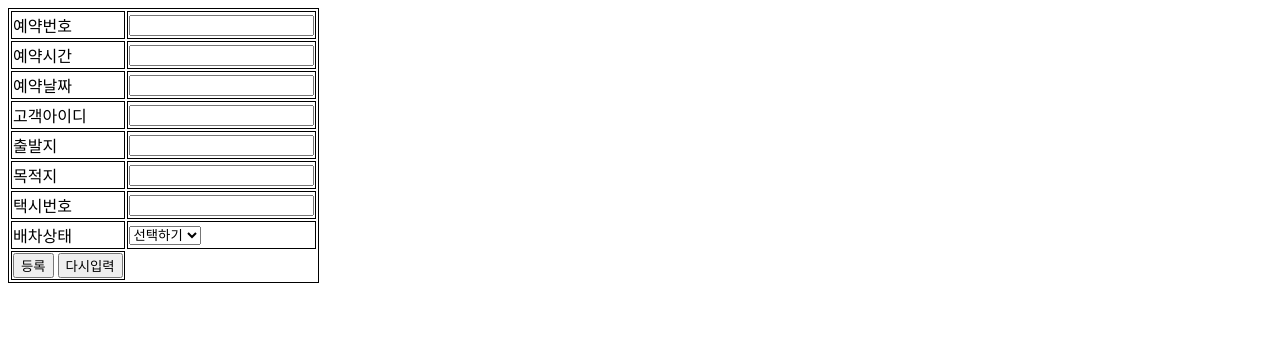
Repository: khs220507/WebClass
Page: prj0828/src/main/webapp/register_taxi.html
An editor plug-in stored every save of this project. The page is shown before and after the next save, followed by the edit.
The browser window is 1280 px wide. The pictures show the whole page.

Above is the page before, as saved 2023-08-28 06:48:30.

After the next save:
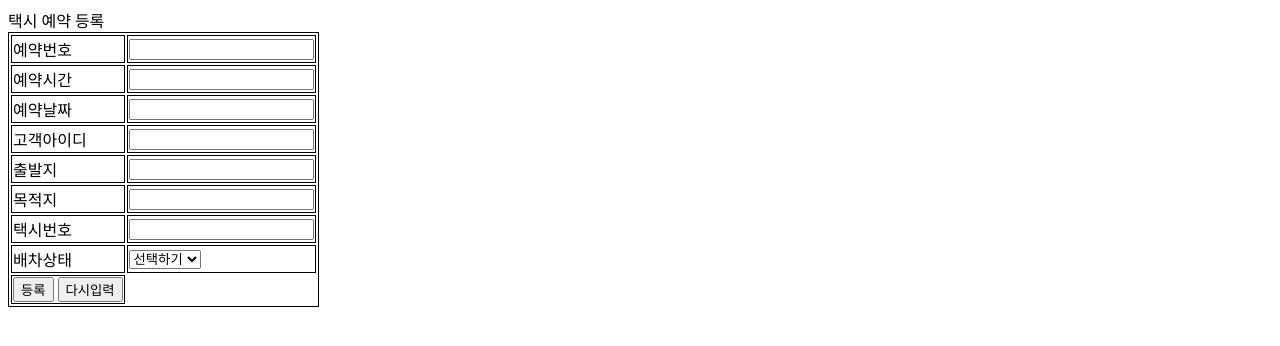
Saved 53 s later.
--- a/prj0828/src/main/webapp/register_taxi.html
+++ b/prj0828/src/main/webapp/register_taxi.html
@@ -6,7 +6,7 @@
 <link href="./css/register_taxi.css" rel="stylesheet"/>
 </head>
 <body>
-
+	<caption>택시 예약 등록</caption>
 	<table>
 		<tr>
 			<td>예약번호</td>
